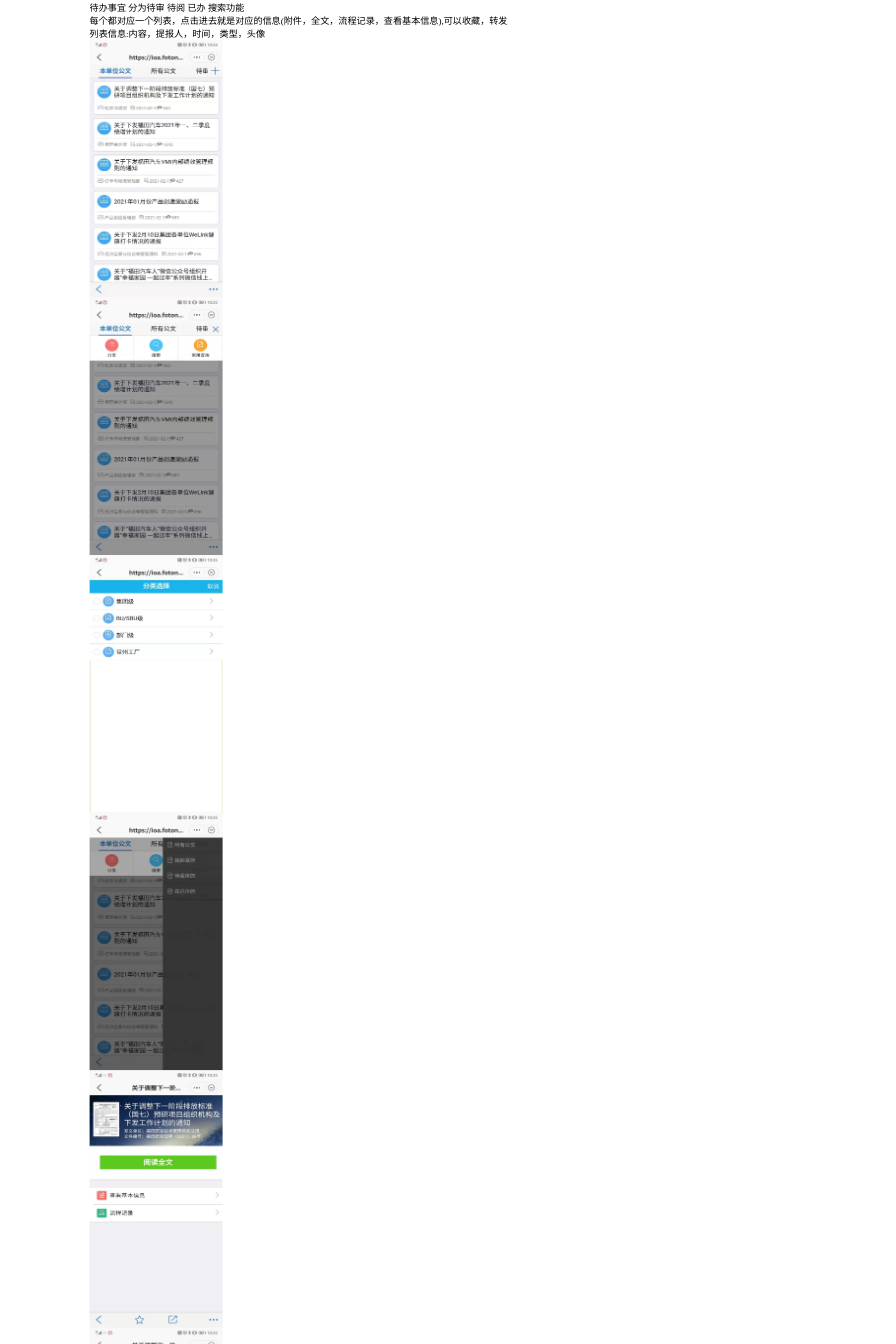
Repository: ch230/2021
Page: A.html
The author's editor kept a copy of each file at every save. The page is drawn from the files as they stood at one save, then again after a run of saves.
The browser window is 1280 px wide. The pictures show the part of the page from y = 0 to 1920 px (the page is 11887 px tall before and 12067 px after), at 70% of full size.

Above is the page before, as saved 2021-02-15 14:46:16.

After the next 2 saves:
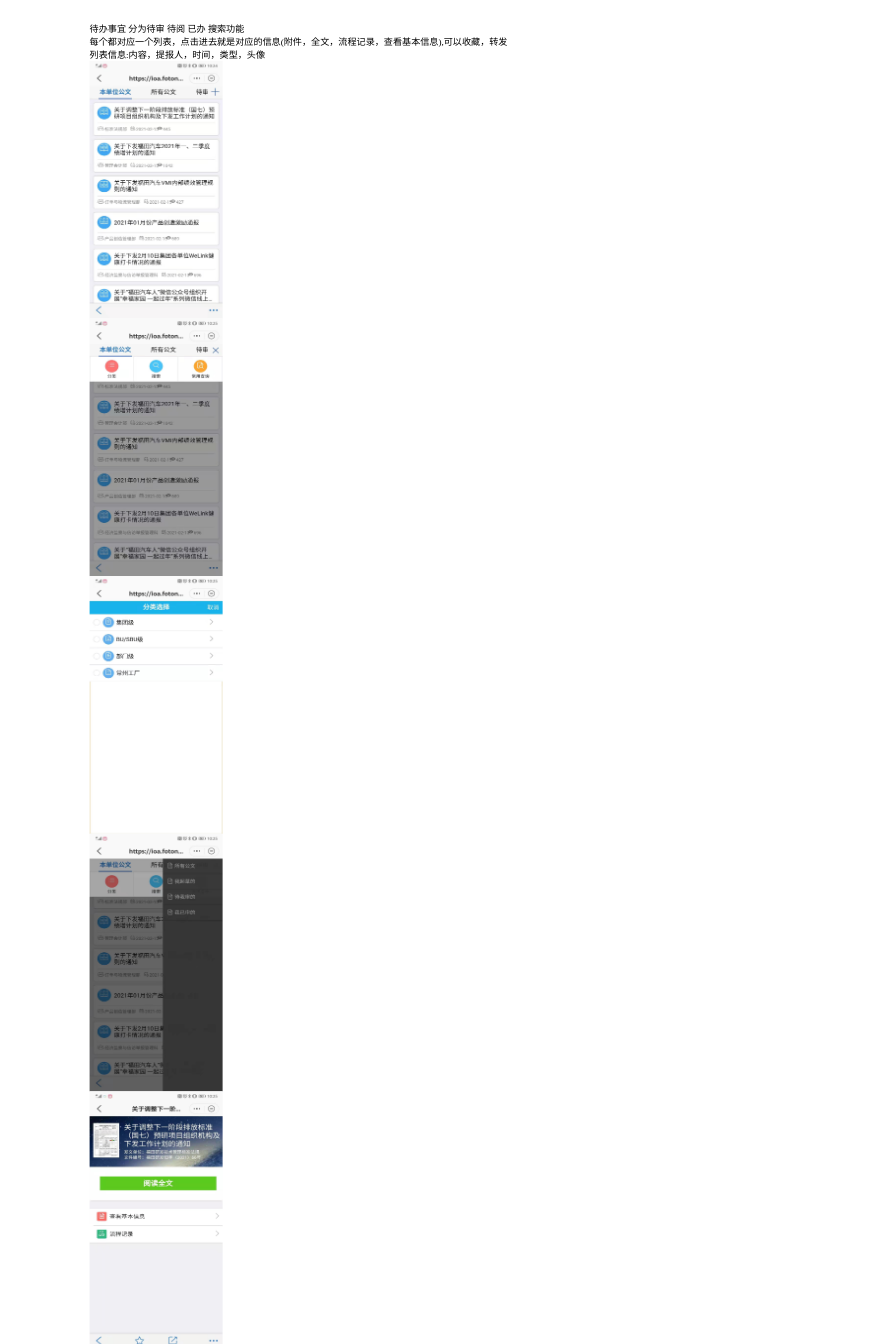
The 2 saves are shown as one change because they came seconds apart.
The last was saved 12 s later.
--- a/A.html
+++ b/A.html
@@ -20,8 +20,7 @@
       #items {
         height: auto;
         width: 80%;
-        margin: auto;
-        /* margin: 10px 20px; */
+        margin: 30px auto;
       }
       #items div {
         width: 80%;
